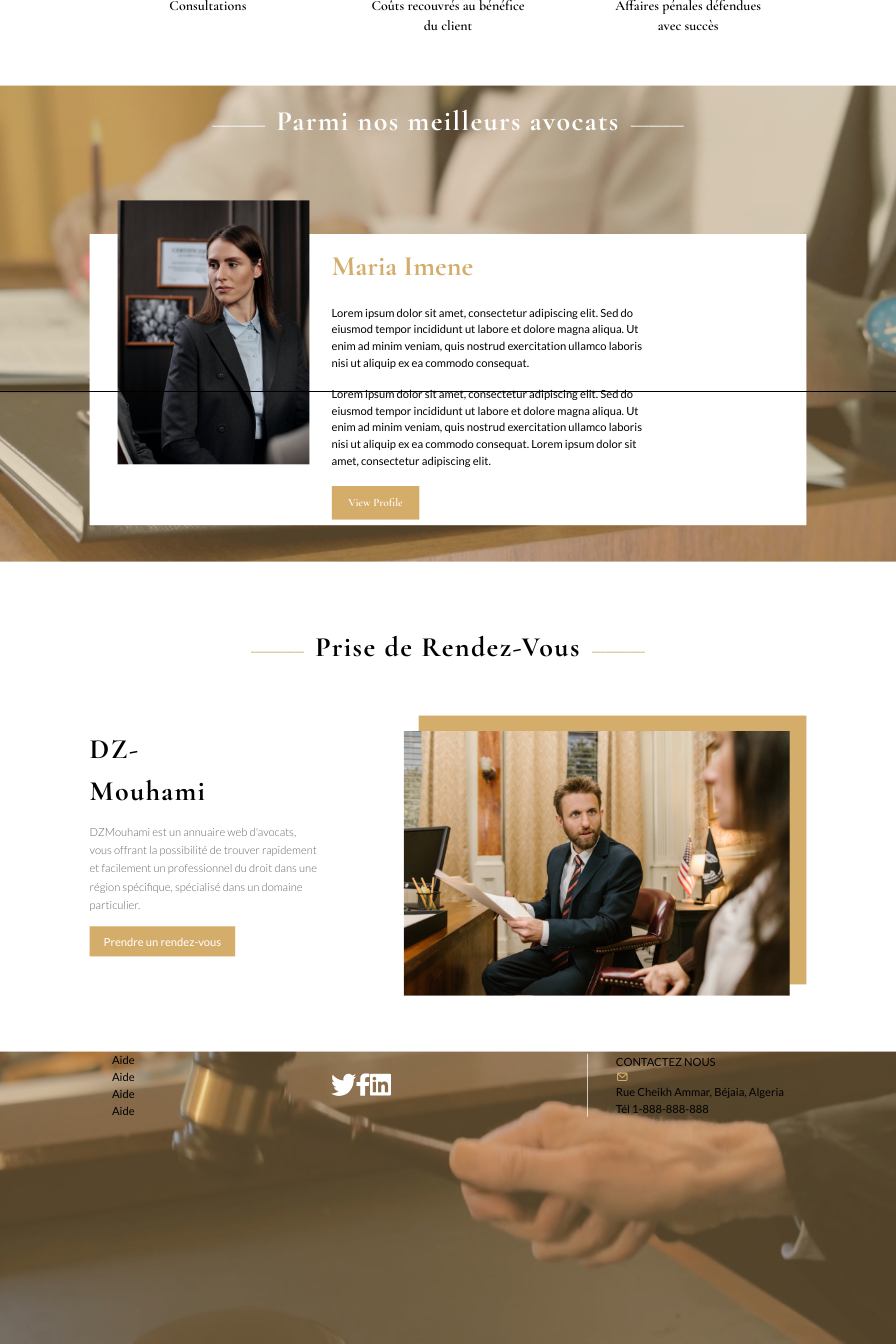
Repository: Chekrouba-Tinhinane/Mohami_dz
Page: / (app in client/)
These files come from the project's save history. The page is drawn as it stood at one moment and after the next save; the edit follows.
The browser window is 1280 px wide. The pictures show the part of the page from y = 2346 to 4266 px (the page is 4266 px tall before and 4148 px after), at 70% of full size.
The project was rebuilt for these pictures with package versions that can differ from the ones it lists, and the page was loaded fresh each time. Also part of the build but not shown: client/vite.config.js, client/src/SignIn.jsx, client/src/components/Selector.jsx, client/src/components/SearchContainer.jsx, client/src/Search.jsx, client/src/components/super/HomeLayout.jsx, client/src/components/Profile.jsx.

Above is the page before, as saved 2024-01-25 18:03:59.

### client/index.html
<!doctype html>
<html lang="en">
  <head>
    <meta charset="UTF-8" />
    <link rel="icon" type="image/svg+xml" href="/vite.svg" />
    <meta name="viewport" content="width=device-width, initial-scale=1.0" />
    <title>Mouhami DZ</title>
  </head>
  <body>
    <div id="root"></div>
    <script type="module" src="/src/App.jsx"></script>
  </body>
</html>

### client/src/App.jsx
import React from "react";
import { createRoot } from "react-dom/client";
import { BrowserRouter, Routes, Route } from "react-router-dom";
import "./index.css";
import LandingPage from "./LandingPage";
import SignIn from "./SignIn";
import Search from "./Search";
import HomeLayout from "./components/super/HomeLayout";
import Profile from "./components/Profile";

const App = () => {
  return (
    <BrowserRouter>
      <Routes>
        <Route path={"/"} element={<LandingPage />} />

        <Route path={"/Signin"} element={<SignIn />} />
        <Route
          path={"/Search"}
          element={<HomeLayout pageComponent={<Search />} />}
        />
        {/* <Route path={"/Signin"} element={<SignIn />} />
        <Route
          path={"/Schedule"}
          element={<HomeLayout pageComponent={<Schedule />} />}
        />

        <Route
          path={"/Settings"}
          element={<HomeLayout pageComponent={<Staff />} />}
        />
        <Route
          path={"/profile/:id"}
          element={<HomeLayout pageComponent={<Profile />} />}
        /> */}
        <Route
          path={"/profile"}
          element={<HomeLayout pageComponent={<Profile />} />}
        />
      </Routes>
    </BrowserRouter>
  );
};

export default App;

const root = createRoot(document.getElementById("root"));
root.render(<App />);

### client/src/index.css
@import url("https://fonts.googleapis.com/css2?family=Cormorant+Garamond:wght@300;400;500;600;700&family=Lato:wght@100;300;400;700;900&display=swap");

@tailwind base;
@tailwind components;
@tailwind utilities;

@layer base {
  a {
    @apply cursor-pointer;
  }
  h1 {
    @apply text-[50px] font-bold;
  }
  h2 {
    @apply text-[2.5rem] font-bold;
  }
  p {
  }
  h3 {
  }
  h4 {
    @apply text-[1rem] font-semibold;
  }
  textarea {
  }
  input {
  }
  select {
  }
}

* {
  /*font-family: 'Cormorant Garamond', serif; */
  font-family: "Lato", sans-serif;
  box-sizing: border-box;
  padding: 0;
  margin: 0;
}

.recursive {
  font-family: "Cormorant Garamond", serif;
}

.nav-item::after {
  content: "";
  display: block;
  width: 0;
  height: 2px;
  margin-top: 5px;
  background-color: rgb(212, 173, 107);
  transition: width 0.4s;
}

.nav-item:hover::after {
  width: 100%;
}

### client/src/LandingPage.jsx
import React, { useEffect } from "react";

import header from "./assets/landing/header.jpg";
import hero from "./assets/landing/hero.png";
import section1 from "./assets/landing/section1.jpg";
import section2 from "./assets/landing/section2.jpg";
import footer from "./assets/landing/footer.jpg";
import maria from "./assets/landing/maria.jpg";
import scene from "./assets/landing/scene.png";

import msg from "./assets/icons/contact/msg.svg";

import twitter from "./assets/icons/footer/twitter.svg";
import fb from "./assets/icons/footer/fb.svg";
import linkedin from "./assets/icons/footer/linkedin.svg";

import NavBar from "./components/super/NavBar";

import AOS from "aos";
import "aos/dist/aos.css";

AOS.init();

const LandingPage = () => {
  useEffect(() => {
    AOS.refresh();
  }, []);

  return (
    <div className="overflow-hidden flex flex-col relative mx-auto items-center bg-white z-10">
      <header className=" p-3 recursive border-b border-b-primary w-[90%] text-center font-semibold text-xl">
        {" "}
        DZ Mouhami{" "}
      </header>
      <NavBar />
      <Header />
      <About />
      <Feedback />

      <Achievements />
      <Hero />
      <Appoint />
      <Footer />
    </div>
  );
};

export default LandingPage;

function Header() {
  return (
    <section
      id="header"
      className=" relative flex w-screen justify-center my-3"
    >
      <img src={header} className="w-full h-[600px] object-cover" alt="" />
      <h2 className=" recursive absolute bottom-[7%] left-[10%] text-white w-[60%]">
        "Legal Solutions, Trusted Advocacy: Your Path to Justice Begins with
        Us."
      </h2>
    </section>
  );
}

function About() {
  return (
    <section
      id="about"
      data-aos="fade-right"
      data-aos-duration="1000"
      className="mx-3 my-10 flex gap-[6rem] justify-center items-center"
    >
      {/* fifth section */}
      <div className=" flex flex-col w-[40%] ">
        <h2 className=" recursive w-[40%] place-self-end">
          A propos de DZ Mouhami
        </h2>
        <img src={hero} className="" alt="" />
      </div>

      <div className=" basis-[40%] mb-16 ">
        {" "}
        {/*  */}
        <h2 className=" recursive tracking-wider w-[50%] my-4">DZ-Mouhami</h2>
        <p className=" w-[80%] opacity-60 font-light leading-relaxed mb-7">
          DZMouhami est un annuaire web d'avocats, vous offrant la possibilité
          de trouver rapidement et facilement un professionnel du droit dans une
          région spécifique, spécialisé dans un domaine particulier.
        </p>
        <a
          href=""
          className=" py-2 px-5 text-white bg-primary hover:bg-opacity-65"
        >
          Trouver un avocat
        </a>
      </div>
    </section>
  );
}

function Feedback() {
  const userComments = [
    {
      username: "User123",
      comment:
        "Effortlessly found the right lawyer for my needs – the detailed profiles and client reviews streamlined the decision-making process.",
    },
    {
      username: "LegalEagle",
      comment:
        "Incredibly user-friendly directory; comprehensive lawyer profiles and responsive design made my search for legal representation hassle-free.",
    },
    {
      username: "LawSeeker",
      comment:
        "Highly impressed with the intuitive interface and wealth of information – this directory simplified the task of finding a skilled attorney.",
    },
  ];

  // You can now use the userComments array as needed in your code.

  return (
    <section
      id="feedback"
      className=" relative flex w-screen justify-center my-4"
    >
      <img
        src={section1}
        className="w-full h-[640px] bg-center object-cover"
        alt=""
      />
      <div className="absolute top-0 text-white">
        <div className=" flex flex-col items-center">
          <div className="flex items-center my-5 gap-4">
            <span className=" font-semibold select-none">____________</span>
            <h2 className=" recursive  tracking-wider ">
              Nos Témoignages
            </h2>{" "}
            <span className=" font-semibold select-none">____________</span>
          </div>

          <h2 className=" mt-16 mb-8 recursive w-[85%] text-center">
            CE QUE NOS CLIENTS PENSENT DE NOUS
          </h2>
          <div className=" flex gap-10 w-[75%] ">
            {userComments.map((el, i) => {
              return (
                <div className=" flex flex-col justify-between bg-white p-6 rounded-md text-black text-sm h-56 ">
                  {el.comment}
                  <div className=" flex gap-5 items-center">
                    {" "}
                    <div class="w-14 h-14 bg-gray-500 rounded-full"></div>
                    {el.username}
                  </div>
                </div>
              );
            })}
          </div>
        </div>
      </div>
    </section>
  );
}

function Achievements() {
  return (
    <div className=" flex flex-col w-[80%] items-center mx-auto my-10 gap-8 ">
      <div className="flex items-center my-5 gap-4">
        <span className=" font-semibold select-none text-primary">
          ____________
        </span>
        <h2 className=" recursive tracking-wider">Nos Réalisations</h2>{" "}
        <span className=" font-semibold select-none text-primary">
          ____________
        </span>
      </div>

      <div className="flex w-full justify-between  ">
        <div className="flex flex-col items-center basis-[33%] gap-4">
          {" "}
          <h4 className=" recursive text-primary text-3xl font-bold">
            879+
          </h4>{" "}
          <span className=" w-[70%] text-center recursive font-semibold text-xl">
            Consultations
          </span>
        </div>
        <div className="flex flex-col items-center basis-[33%] gap-4">
          {" "}
          <h4 className=" recursive text-primary text-3xl font-bold">
            12 Mil
          </h4>{" "}
          <span className=" w-[70%] text-center recursive font-semibold text-xl">
            Coûts recouvrés au bénéfice du client
          </span>
        </div>
        <div className="flex flex-col items-center basis-[33%] gap-4">
          {" "}
          <h4 className=" recursive text-primary text-3xl font-bold">
            92%
          </h4>{" "}
          <span className=" w-[70%] text-center recursive font-semibold text-xl">
            Affaires pénales défendues avec succès
          </span>
        </div>
      </div>
    </div>
  );
}

function Hero() {
  return (
    <section id="hero" className=" relative flex w-screen justify-center my-8 ">
      <img
        src={section2}
        className="w-full h-[680px] bg-center object-cover"
        alt=""
      />
      <div className="absolute top-0 text-white">
        <div className=" flex flex-col items-center gap-[6rem]">
          <div className="flex items-center my-5 gap-4">
            <span className=" font-semibold select-none">____________</span>
            <h2 className=" recursive  tracking-wider ">
              Parmi nos meilleurs avocats
            </h2>{" "}
            <span className=" font-semibold select-none">____________</span>
          </div>

          <div className=" flex gap-8 w-[80%] bg-white text-black h-[26rem] px-10 my-4 ">
            <div className="relative basis-[30%]">
              {" "}
              <img
                src={maria}
                alt=""
                className=" absolute -top-12  object-contain"
              />
            </div>
            <div className=" flex flex-col basis-[70%] my-4 gap-6  ">
              {" "}
              <h2 className=" recursive text-primary">Maria Imene</h2>{" "}
              <p className=" w-[70%] flex flex-col gap-5 ">
                <span>
                  Lorem ipsum dolor sit amet, consectetur adipiscing elit. Sed
                  do eiusmod tempor incididunt ut labore et dolore magna aliqua.
                  Ut enim ad minim veniam, quis nostrud exercitation ullamco
                  laboris nisi ut aliquip ex ea commodo consequat.{" "}
                </span>

                <span>
                  Lorem ipsum dolor sit amet, consectetur adipiscing elit. Sed
                  do eiusmod tempor incididunt ut labore et dolore magna aliqua.
                  Ut enim ad minim veniam, quis nostrud exercitation ullamco
                  laboris nisi ut aliquip ex ea commodo consequat. Lorem ipsum
                  dolor sit amet, consectetur adipiscing elit.
                </span>
              </p>
              <a
                href=""
                className="flex w-max recursive text-white bg-primary px-6 py-3 font-semibold hover:bg-opacity-75"
              >
                View Profile
              </a>
            </div>
          </div>
        </div>
      </div>
    </section>
  );
}

function Footer() {
  return (
    <footer id="footer" className=" h-[]  relative flex w-full justify-center mt-10 ">
      <img src={footer} alt="" className="w-full object-cover" />
      {/* sixth section */}
      <div className="absolute w-[85%]  ">
        <div className=" flex items-center justify-between px-16 ">
          <div className=" flex flex-col">
            <p>Aide</p>
            <p>Aide</p>
            <p>Aide</p>
            <p>Aide</p>
          </div>

          <div className=" flex ">
            <img src={twitter} alt="" />
            <img src={fb} alt="" />
            <img src={linkedin} alt="" />
          </div>

          <div className=" border-l border-l-white pl-10 flex flex-col ">
            <p>
              CONTACTEZ NOUS{" "}
              <span>
                {" "}
                <img src={msg} alt="" />
              </span>{" "}
            </p>
            <p>Rue Cheikh Ammar, Béjaia, Algeria</p>
            <p>Tél 1-888-888-888</p>
          </div>
        </div>
      </div>
    </footer>
  );
}

function Appoint() {
  return (
    <section
      id="appoint"
      className=" flex flex-col w-full justify-center items-center gap-[3rem] my-10"
    >
      <div className=" flex flex-col items-center">
        <div className="flex items-center my-5 gap-4">
          <span className=" font-semibold select-none text-primary">
            ____________
          </span>
          <h2 className=" recursive  tracking-wider ">Prise de Rendez-Vous</h2>{" "}
          <span className=" font-semibold select-none text-primary">
            ____________
          </span>
        </div>
      </div>

      <div className=" flex w-[80%] items-center justify-between ">
        <div className=" basis-[40%] mb-16 ">
          {" "}
          {/*  */}
          <h2 className=" recursive tracking-wider w-[50%] my-4">DZ-Mouhami</h2>
          <p className=" w-[80%] opacity-60 font-light leading-relaxed mb-7">
            DZMouhami est un annuaire web d'avocats, vous offrant la possibilité
            de trouver rapidement et facilement un professionnel du droit dans
            une région spécifique, spécialisé dans un domaine particulier.
          </p>
          <a
            href=""
            className=" py-3 px-5 text-white bg-primary hover:bg-opacity-65"
          >
            Prendre un rendez-vous{" "}
          </a>
        </div>

        <img src={scene} className="" alt="" />
      </div>
    </section>
  );
}

### client/src/components/super/NavBar.jsx
import { motion } from "framer-motion";
import { Link } from "react-router-dom";
import { Link as ScrollLink } from "react-scroll";

const NavBar = () => {
  return (
    <div
      whileHover={{ scale: 1, originX: 0, color: "#D4AD6B" }}
      transition={{ type: "tween", duration: 0.2 }}
      className=" flex items-center px-20 pt-6 mb-3 w-full justify-between "
    >
      <motion.ul className="flex gap-[2rem] text-sm">
        <motion.li
          whileHover={{ scale: 1, originX: 0, color: "#D4AD6B" }}
          transition={{ type: "tween", duration: 0.2 }}
          className=" font-semibold opacity-80 tracking-wider cursor-pointer"
        >
          <ScrollLink
            to={"about"}
            spy={true}
            smooth={true}
            offset={-50}
            duration={500}
            className="nav-item"
          >
            Accueil
          </ScrollLink>
        </motion.li>
        <motion.li
          whileHover={{ scale: 1, originX: 0, color: "#D4AD6B" }}
          transition={{ type: "tween", duration: 0.2 }}
          className=" font-semibold opacity-80 tracking-wider cursor-pointer"
        >
          <ScrollLink
            to="hero"
            spy={true}
            smooth={true}
            offset={0}
            duration={500}
            className="nav-item"
          >
            Trouver un avocat
          </ScrollLink>
        </motion.li>
        <motion.li
          whileHover={{ scale: 1, originX: 0, color: "#D4AD6B" }}
          transition={{ type: "tween", duration: 0.2 }}
          className=" font-semibold opacity-80 tracking-wider cursor-pointer"
        >
          <ScrollLink
            to="appoint"
            spy={true}
            smooth={true}
            offset={50}
            duration={500}
            className="nav-item"
          >
            Prendre un rendez-vous
          </ScrollLink>
        </motion.li>
        <motion.li
          whileHover={{ scale: 1, originX: 0, color: "#D4AD6B" }}
          transition={{ type: "tween", duration: 0.2 }}
          className=" font-semibold opacity-80 tracking-wider cursor-pointer"
        >
          <ScrollLink
            to="footer"
            spy={true}
            smooth={true}
            offset={-100}
            duration={500}
            className="nav-item"
          >
            Contactez nous
          </ScrollLink>
        </motion.li>
      </motion.ul>
      <div className="flex gap-[1rem]">
        <Link
          to={"/SignIn"}
          href=""
          className=" recursive flex items-center font-semibold text-primary border border-primary bg-white text-center text-lg py-1.5 px-3.5 hover:bg-opacity-70 "
        >
          Se connecter
        </Link>
      </div>
    </div>
  );
};

export default NavBar;

### client/tailwind.config.js
/** @type {import('tailwindcss').Config} */
module.exports = {
  content: ["./src/**/*.{js,jsx,ts,tsx}"],
  theme: {
    extend: {
      colors: {
        lightBrown: "#FAF5EE",
        primary: "#D4AD6B"
      },
    },
  },
  plugins: [],
};

After the next save:
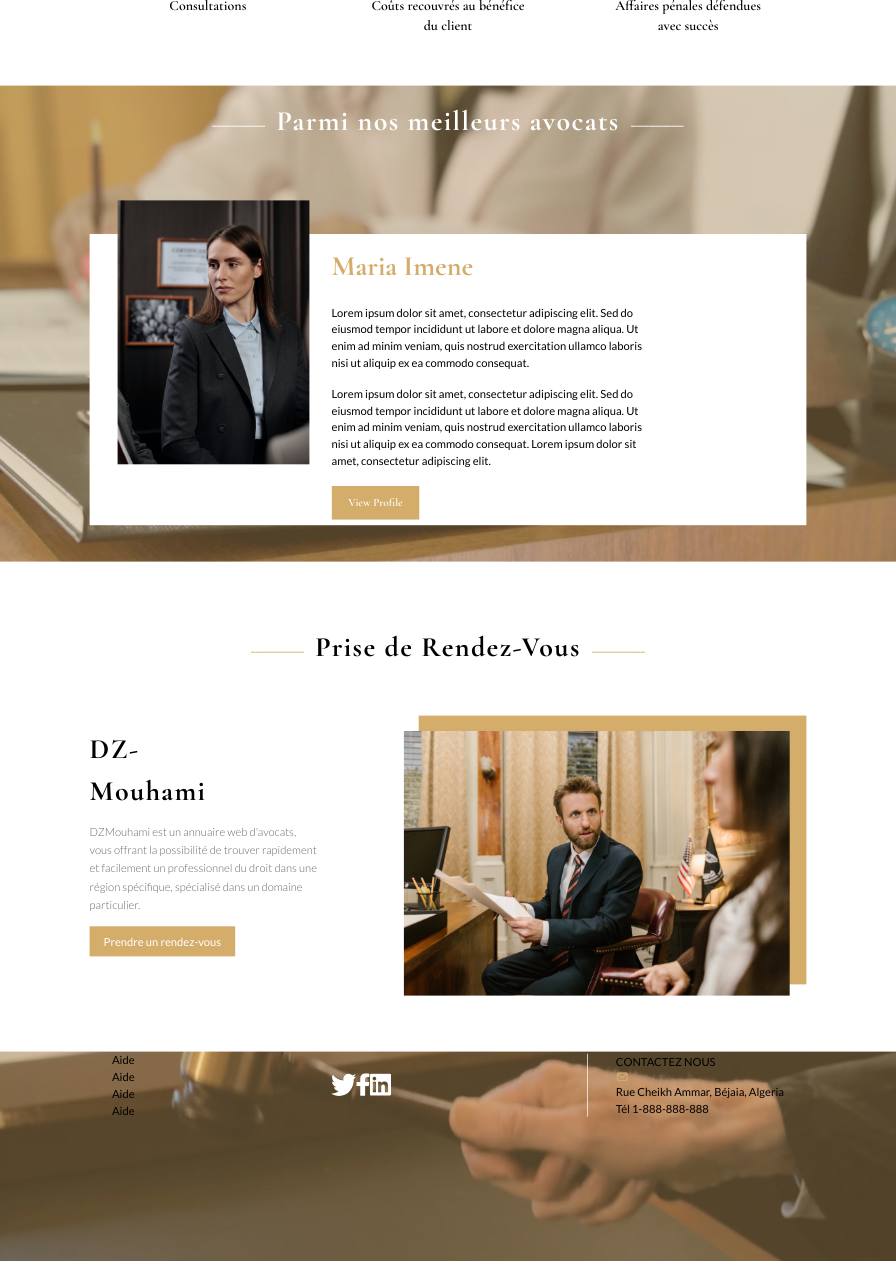
Saved 4 s later.
--- a/client/src/LandingPage.jsx
+++ b/client/src/LandingPage.jsx
@@ -270,7 +270,7 @@ function Hero() {
 
 function Footer() {
   return (
-    <footer id="footer" className=" h-[]  relative flex w-full justify-center mt-10 ">
+    <footer id="footer" className=" h-[300px]  relative flex w-full justify-center mt-10 ">
       <img src={footer} alt="" className="w-full object-cover" />
       {/* sixth section */}
       <div className="absolute w-[85%]  ">
